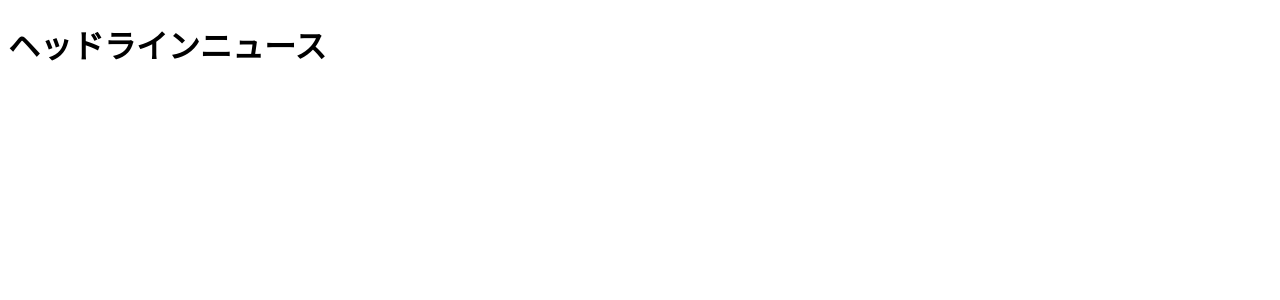
Repository: BearTepp/samurai_HTML-CSS
Page: layout.html
The author's editor kept a record of every edit. The page is drawn from the files as they stood at one moment, then again after the next edit.
The browser window is 1280 px wide. The pictures show the whole page.

Above is the page before.

### layout.html
  <!DOCTYPE html>
  <html>

  <body>
    <header>
      <h1>ヘッドラインニュース</h1>
    </header>
    <meta charset="utf-8">

    <main>
    </main>

    <footer>
    </footer>
  </body>

  </html>

After the next edit:
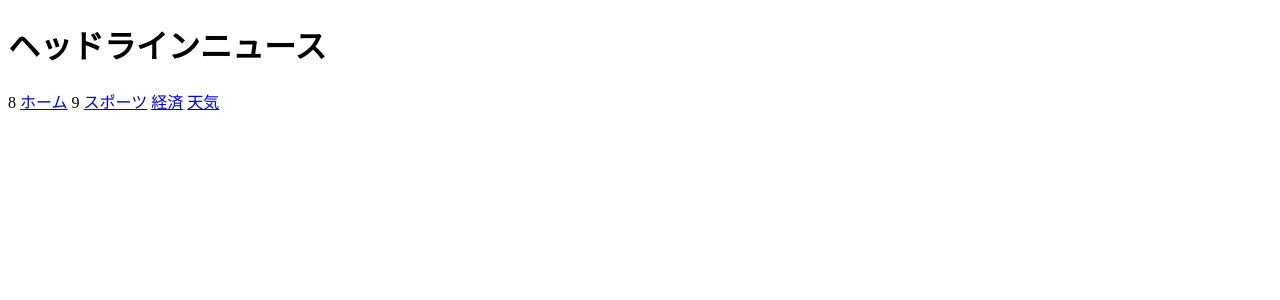
The edit:
--- a/layout.html
+++ b/layout.html
@@ -4,6 +4,12 @@
   <body>
     <header>
       <h1>ヘッドラインニュース</h1>
+       <nav>
+8       <a href="layout.html">ホーム</a>
+9       <a href="https://www.google.com">スポーツ</a>
+         <a href="https://www.google.com">経済</a>
+         <a href="https://www.google.com">天気</a>
+       </nav>
     </header>
     <meta charset="utf-8">
 
